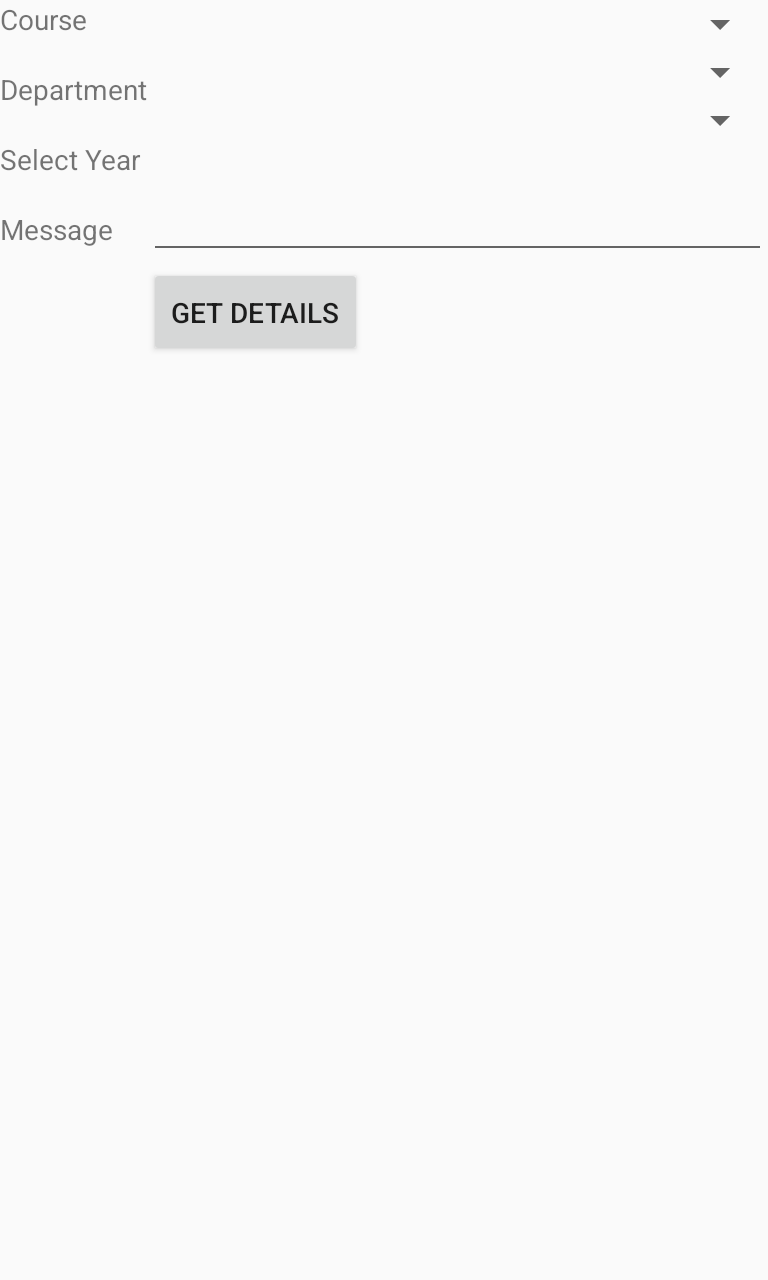
Repository: Prasannakumarb/CollegeMate
Layout: CollegeMate/CollegeMate/res/layout/activity_notification_home_screen.xml
These files come from the project's save history. The layout is drawn as it stood at one moment and after the next save; the edit follows.
It is drawn on a 768 x 1280 px phone screen (xhdpi) without system bars, with theme AppTheme; the app's code is not run.

Above is the layout before, as saved 2014-06-28 21:13:52.

After the next save:
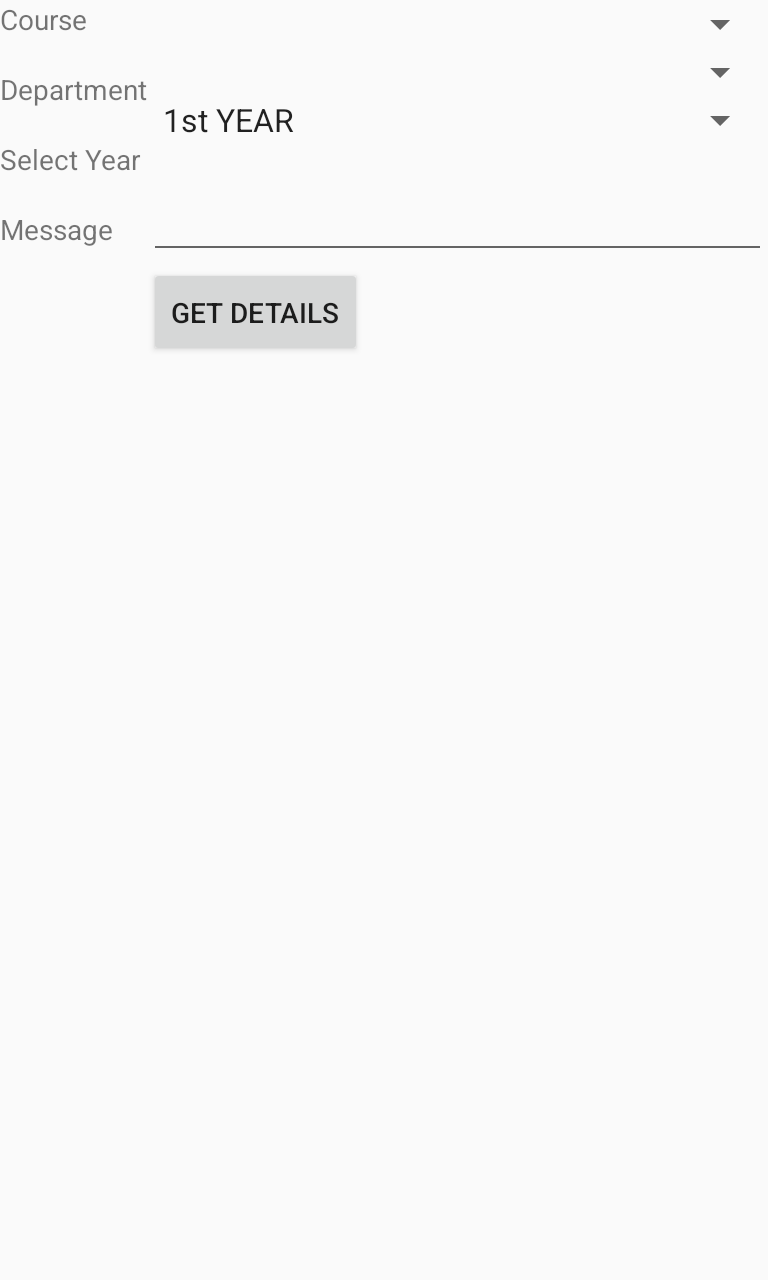
Saved 74 s later.
--- a/CollegeMate/CollegeMate/res/values/strings.xml
+++ b/CollegeMate/CollegeMate/res/values/strings.xml
@@ -139,8 +139,8 @@
     <string name="year">Select Year</string>
 
     <string-array name="year">
-        <item></item>
-    </string-array>
+        <item>1st YEAR</item>
+
     </string-array>
 
 
